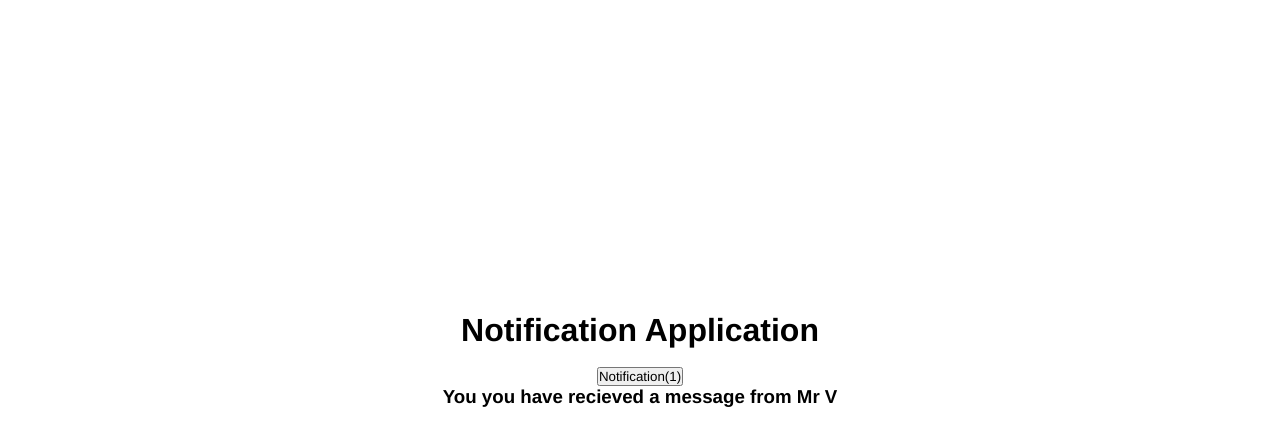
Repository: ThabangMpiti/notification3
Page: / (app in notipopu/)
An editor plug-in stored every save of this project. The page is shown before and after a run of saves, followed by the edit.
The browser window is 1280 px wide. The pictures show the whole page.
The project was rebuilt for these pictures with package versions that can differ from the ones it lists, and the page was loaded fresh each time. Also part of the build but not shown: notipopu/src/Components/notificationpopup.js.

Above is the page before, as saved 2023-07-17 03:33:21.

After the next 2 saves:
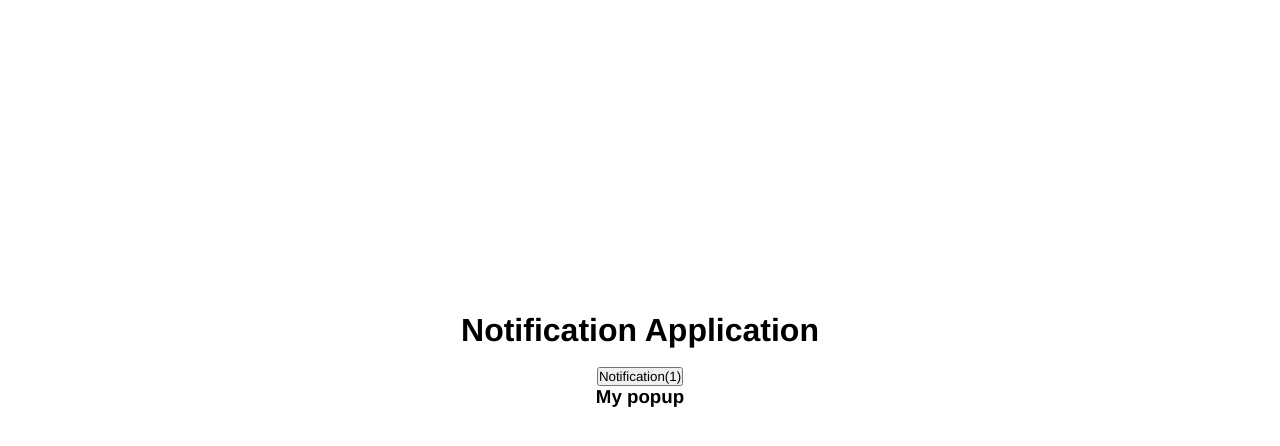
The 2 saves are shown as one change because 1 did not build or start.
The last was saved 5 min 34 s later.
--- a/notipopu/src/App.js
+++ b/notipopu/src/App.js
@@ -8,7 +8,7 @@ function App() {
       <br/>
       <button>Notification(1)</button>
       <popup trigger={false}>
-        <h3>You you have recieved a message from Mr V</h3>
+        <h3>My popup</h3>
       </popup>
       </main>
     </div>
